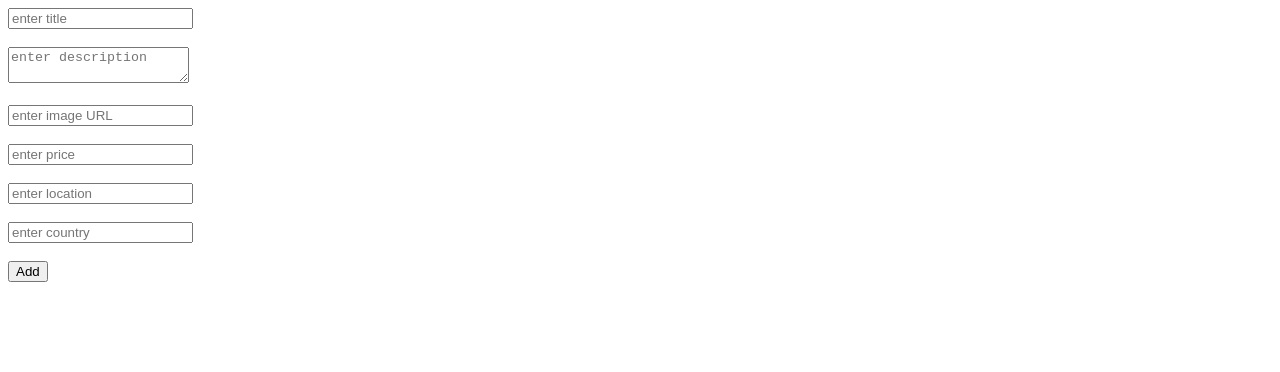
Repository: deep-vish2005/Wanderlust
Page: http://localhost/listings/new
The author's editor kept a copy of each file at every save. The page is drawn from the files as they stood at one save, then again after the next save.
The browser window is 1280 px wide. The pictures show the whole page.
The page is served by the project's Node server (app.js). Other server files are loaded and not shown.

Above is the page before, as saved 2026-04-13 22:21:38.

### views/listings/new.ejs
<!DOCTYPE html>
<html lang="en">
  <head>
    <meta charset="UTF-8" />
    <meta name="viewport" content="width=device-width, initial-scale=1.0" />
    <title>Wanderlust</title>
  </head>
  <body>
    <form method="post" action="/listings">
      <input name="title" placeholder="enter title" type="text" />
      <br /><br />
      <textarea
        name="description"
        placeholder="enter description"
        type="text"
      ></textarea>
      <br /><br />
      <input name="image" placeholder="enter image URL" />
      <br /><br />
      <input name="price" placeholder="enter price" type="number" />
      <br /><br />
      <input name="location" placeholder="enter location" />
      <br /><br />
      <input name="country" placeholder="enter country" />
      <br /><br />
      <button>Add</button>
    </form>
  </body>
</html>

### app.js
const express = require("express");
const app = express();
const mongoose = require("mongoose");
const listing = require("./models/listing");
const path = require("path");
const mongo_url = "mongodb://127.0.0.1:27017/wanderlust";

app.set("view engine", "ejs");
app.set("views", path.join(__dirname, "views"));
app.use(express.urlencoded({ extended: true }));

main()
  .then(() => {
    console.log("connected to db");
  })
  .catch((err) => {
    console.log(err);
  });

async function main() {
  await mongoose.connect(mongo_url);
}

app.get("/", (req, res) => {
  res.send("working");
});

//index route
app.get("/listings", async (req, res) => {
  const alllistings = await listing.find({});
  res.render("listings/index.ejs", { alllistings });
});

//new route
app.get("/listings/new", (req, res) => {
  res.render("listings/new.ejs");
});

//show route
app.get("/listings/:id", async (req, res) => {
  let { id } = req.params;
  const listingindetail = await listing.findById(id);
  res.render("listings/show.ejs", { listingindetail });
});

// app.get("/testlisting", async (req, res) => {
//   let samplelisting = new listing({
//     title: "my bunglow",
//     description: "luxirious",
//     price: 3400,
//     location: "jabalpur",
//     country: "india",
//   });

//   await samplelisting.save();
//   console.log("sample was saved");
//   res.send("successfull");
// });

app.listen(8080, () => {
  console.log("server is listening to port 8080");
});

After the next save:
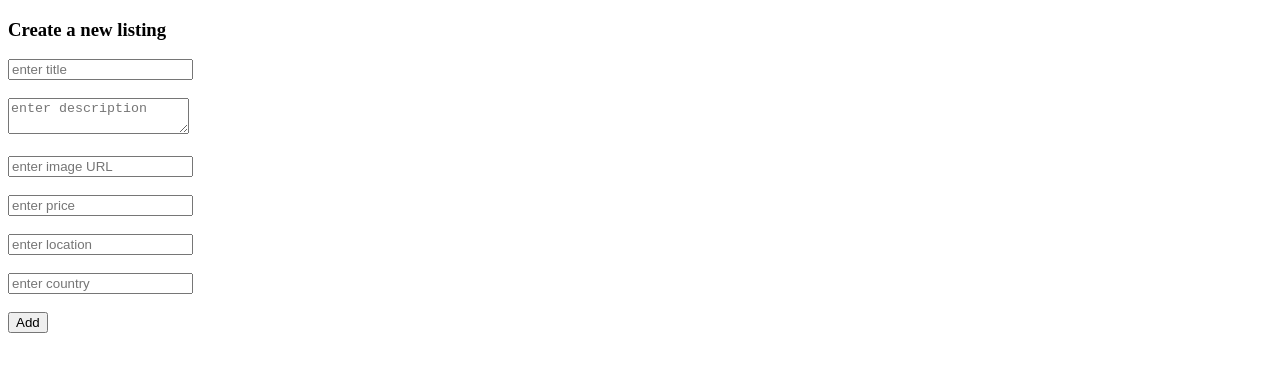
Saved 76 s later.
--- a/views/listings/new.ejs
+++ b/views/listings/new.ejs
@@ -6,6 +6,7 @@
     <title>Wanderlust</title>
   </head>
   <body>
+    <h3>Create a new listing</h3>
     <form method="post" action="/listings">
       <input name="title" placeholder="enter title" type="text" />
       <br /><br />
